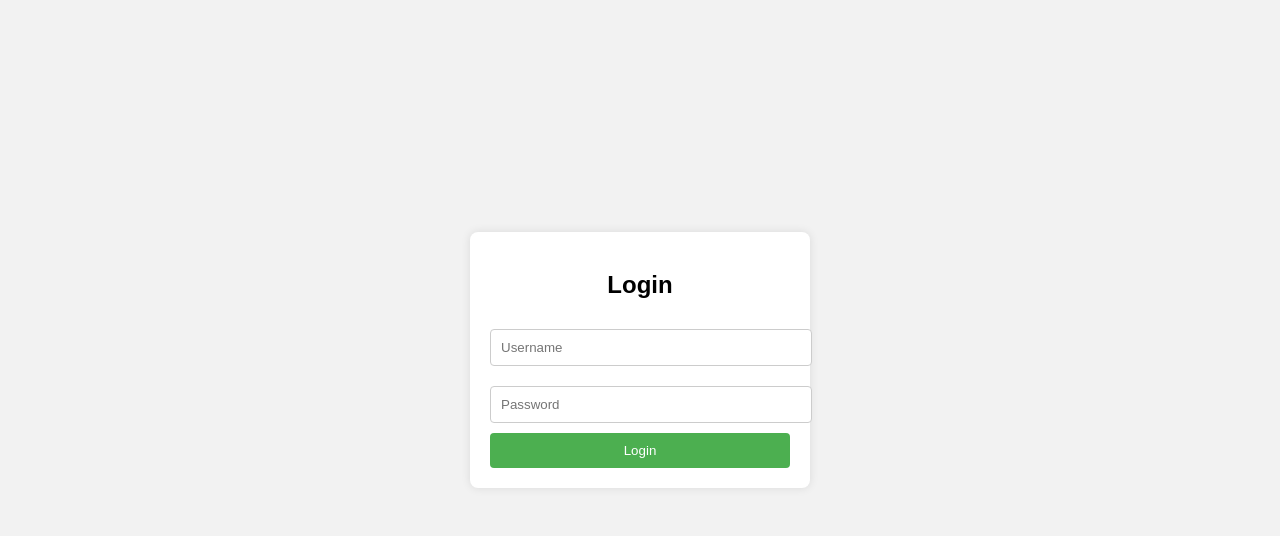
Repository: Reyanabid123/leetcode
Page: index.html
An editor plug-in stored every save of this project. The page is shown before and after a run of saves, followed by the edit.
The browser window is 1280 px wide. The pictures show the whole page.

Above is the page before, as saved 2024-12-30 15:21:30.

### index.html
<!DOCTYPE html>
<html lang="en">
<head>
  <meta charset="UTF-8">
  <meta name="viewport" content="width=device-width, initial-scale=1.0">
  <title>Login Page</title>
  <style>
    body {
      font-family: Arial, sans-serif;
      background-color: #f2f2f2;
      display: flex;
      justify-content: center;
      align-items: center;
      height: 100vh;
      margin: 0;
    }
    .container {
      background-color: white;
      padding: 20px;
      border-radius: 8px;
      box-shadow: 0 0 10px rgba(0, 0, 0, 0.1);
      width: 300px;
    }
    .container h2 {
      margin-bottom: 20px;
      text-align: center;
    }
    .container input[type="text"],
    .container input[type="password"] {
      width: 100%;
      padding: 10px;
      margin: 10px 0;
      border: 1px solid #ccc;
      border-radius: 4px;
    }
    .container button {
      width: 100%;
      padding: 10px;
      background-color: #4CAF50;
      color: white;
      border: none;
      border-radius: 4px;
      cursor: pointer;
    }
    .container button:hover {
      background-color: #45a049;
    }
  </style>
</head>
<body>
  <div class="container">
    <h2>Login</h2>
    <form action="/login" method="post">

      <!-- FIXME THIS IS AND EROOR  -->



      <input type="text" name="username" placeholder="Username" required>
      <input type="password" name="password" placeholder="Password" required>
      <button type="submit">Login</button>
    </form>
  </div>
</body>
</html>

After the next 2 saves:
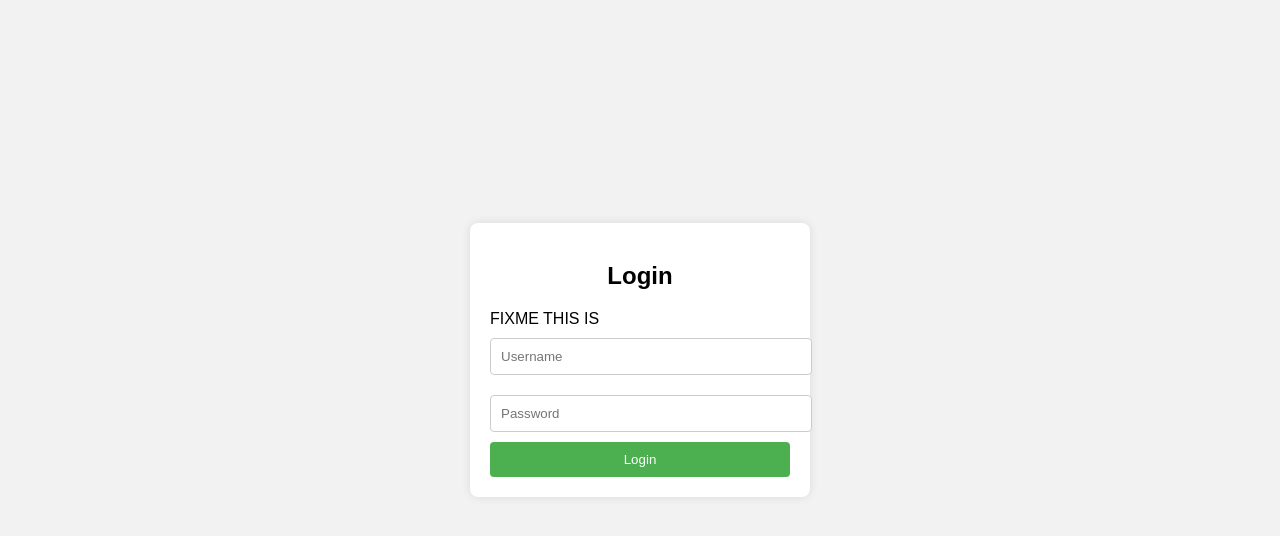
The 2 saves are shown as one change because they came seconds apart.
The last was saved 7 s later.
--- a/index.html
+++ b/index.html
@@ -52,7 +52,7 @@
     <h2>Login</h2>
     <form action="/login" method="post">
 
-      <!-- FIXME THIS IS AND EROOR  -->
+      FIXME THIS IS
 
 
 

After the save that followed:
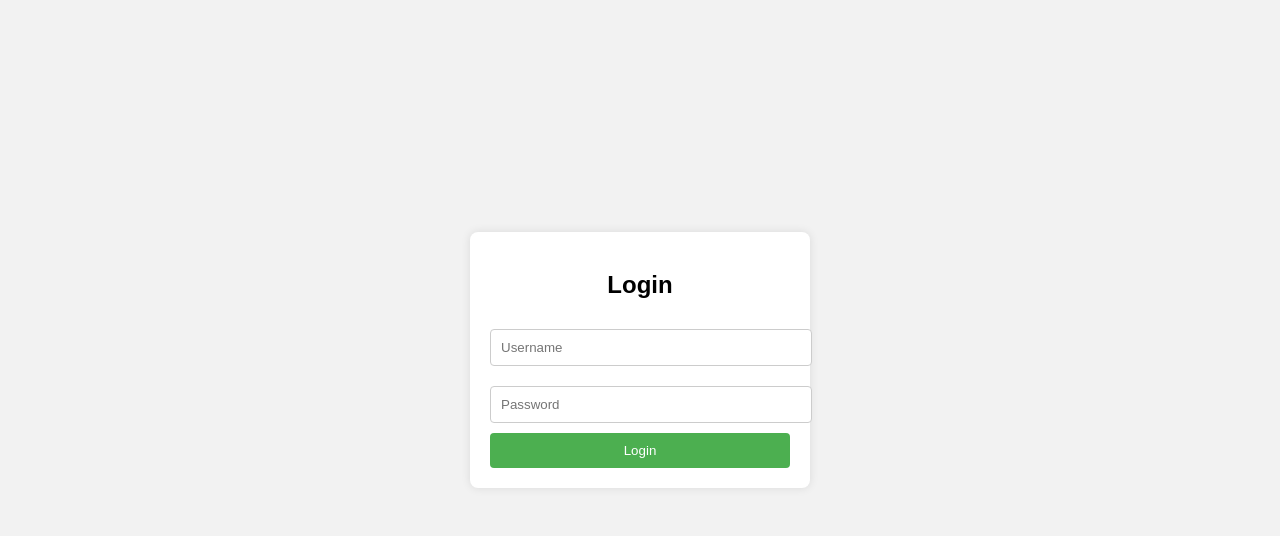
Saved 4 s later.
--- a/index.html
+++ b/index.html
@@ -52,7 +52,7 @@
     <h2>Login</h2>
     <form action="/login" method="post">
 
-      FIXME THIS IS
+
 
 
 
